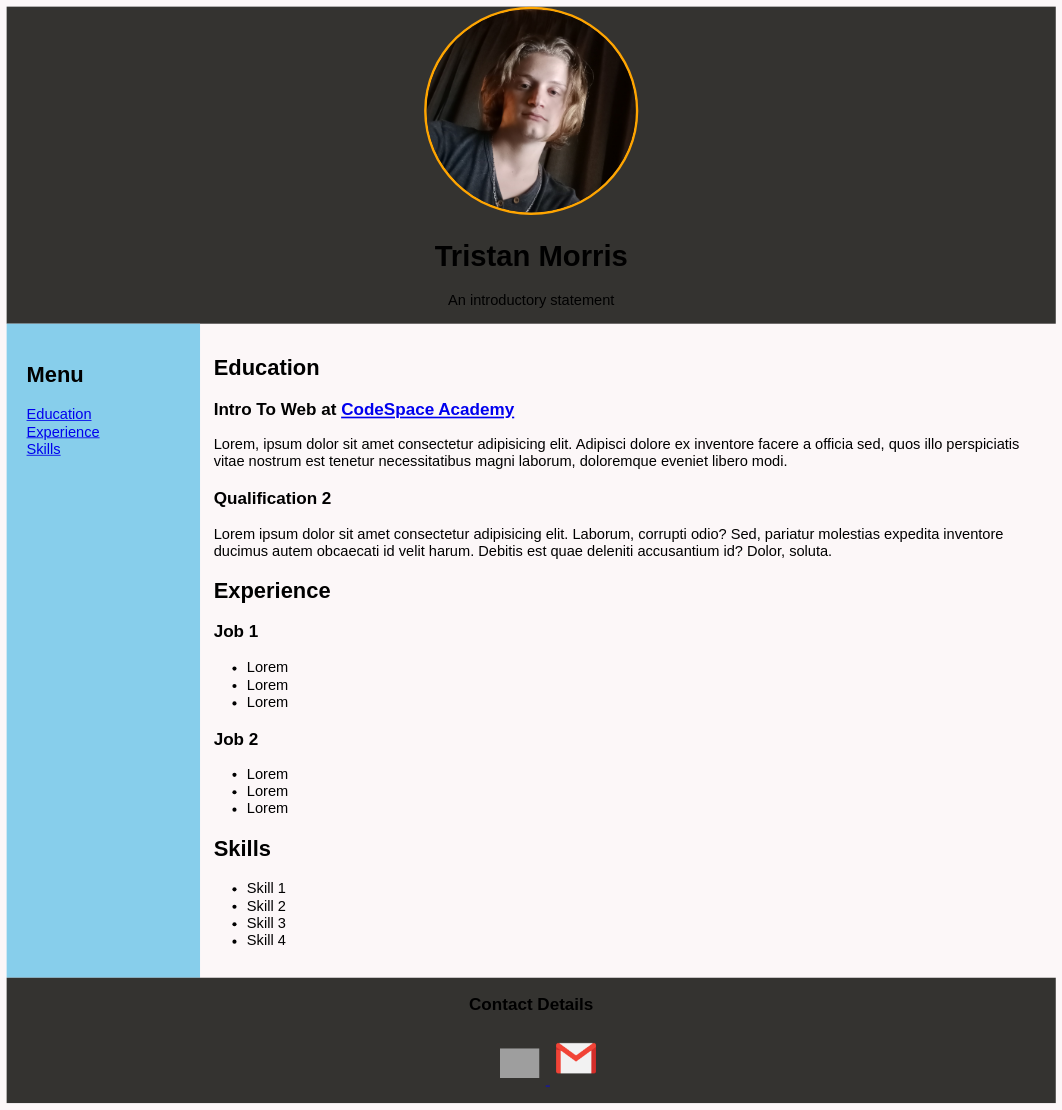
Repository: TristanKMorris/introToWebDesignAssignment
Page: resume1.html
These files come from the project's save history. The page is drawn as it stood at one moment and after the next save; the edit follows.
The browser window is 1280 px wide. The pictures show the whole page, at 83% of full size.
Pictures or frames that could not be fetched are drawn as grey boxes.

Above is the page before, as saved 2022-06-02 20:47:17.

After the next save:
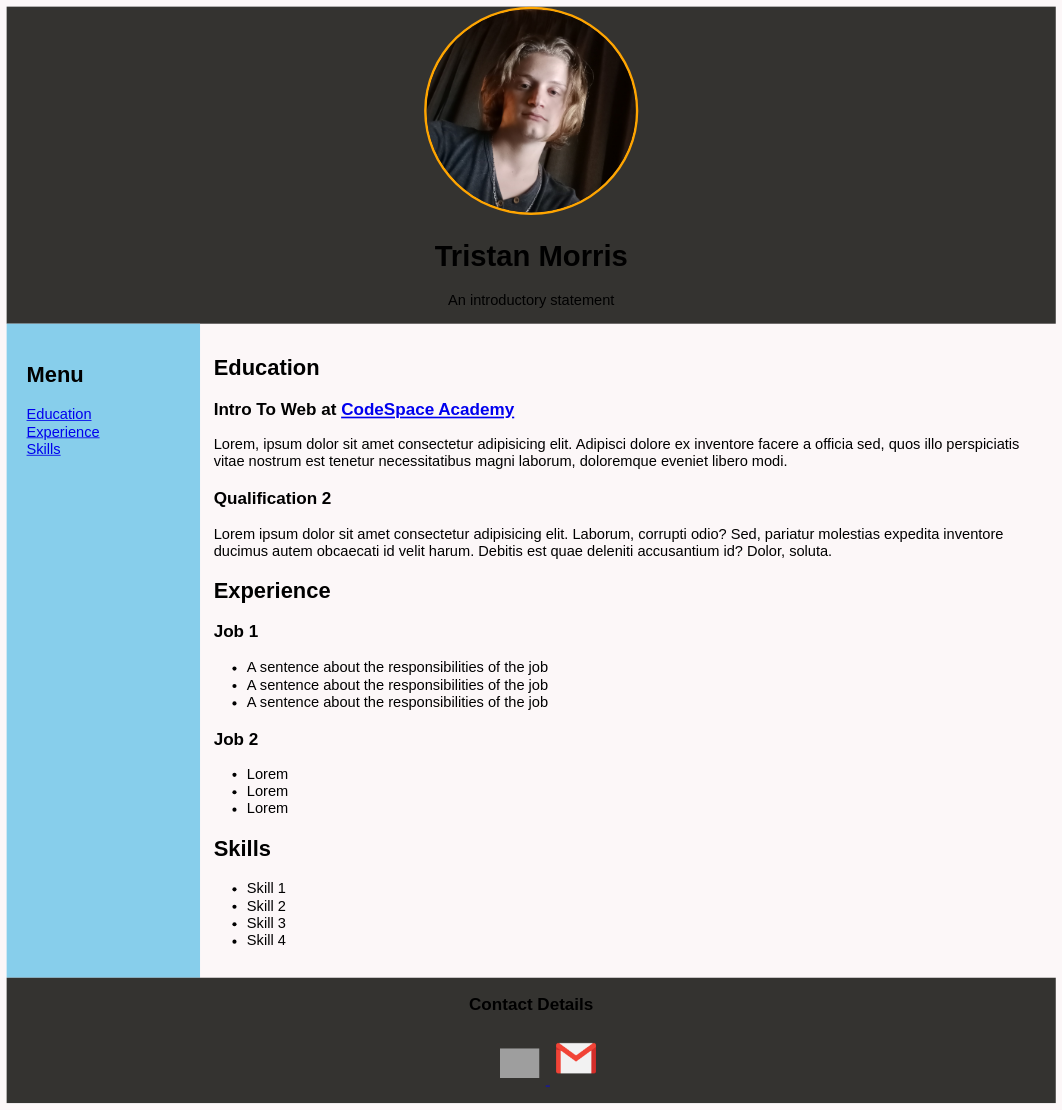
Saved 3 min 17 s later.
--- a/resume1.html
+++ b/resume1.html
@@ -62,9 +62,9 @@
 
             <ul>
 
-              <li>Lorem</li>
-              <li>Lorem</li>
-              <li>Lorem</li>
+              <li>A sentence about the responsibilities of the job</li>
+              <li>A sentence about the responsibilities of the job</li>
+              <li>A sentence about the responsibilities of the job</li>
 
             </ul>
 
